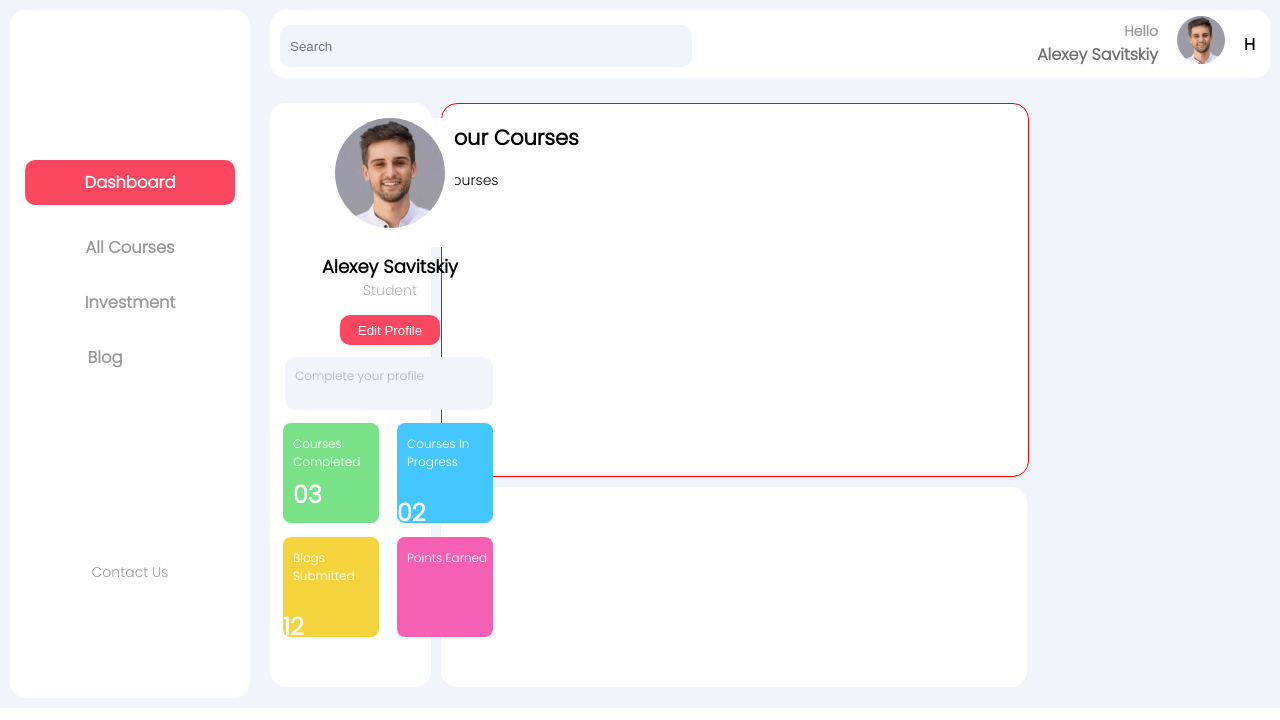
Repository: Anuruddha00/dashboard-design
Page: /
These files come from the project's save history. The page is drawn as it stood at one moment and after the next save; the edit follows.
The browser window is 1280 px wide. The pictures show the whole page.
The project was rebuilt for these pictures with package versions that can differ from the ones it lists, and the page was loaded fresh each time.

Above is the page before, as saved 2021-05-07 17:24:00.

After the next save:
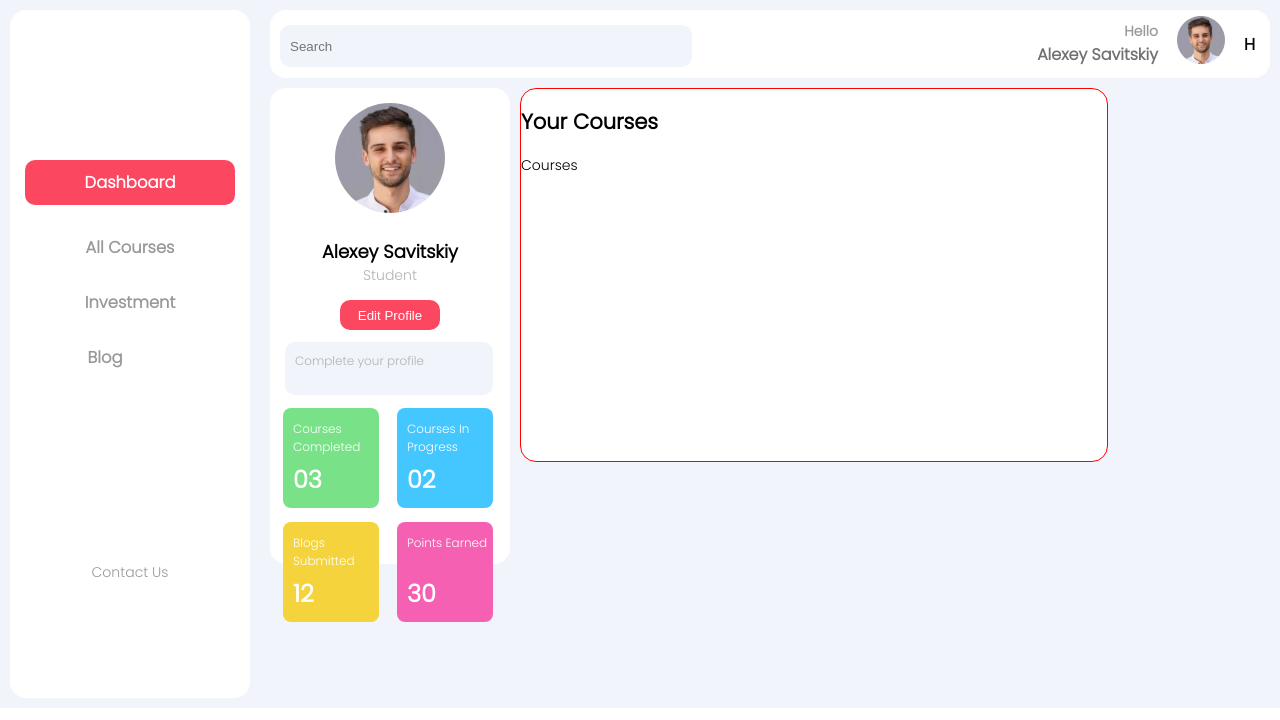
Saved 20 s later.
--- a/src/containers/Dashboard/Dashboard.scss
+++ b/src/containers/Dashboard/Dashboard.scss
@@ -134,9 +134,9 @@ body{
 
 
                         &About{
-                            height:555px;
+                            height:350px;
                             width: 240px;
-                            position: absolute;
+
 
                             &Profile{
                                 text-align: center;
@@ -212,6 +212,7 @@ body{
 
                                     h1{
                                         font-size: 24px;
+                                        position: absolute;
                                         left: 10px;
                                         top: 30px;
                                     }
@@ -222,9 +223,11 @@ body{
                                     border-radius: 8px;
                                     width: 96px;
                                     height: 100px;
-
-                                    h1{
-                                        font-size: 24px;
+                                    position: relative;
+
+                                    h1{
+                                        font-size: 24px;
+                                        position: absolute;
                                         left: 10px;
                                         top: 30px;
                                     }
@@ -234,7 +237,7 @@ body{
                                     border-radius: 8px;
                                     width: 96px;
                                     height: 100px;
-
+                                    position: relative;
 
                                     h1{
                                         font-size: 24px;
@@ -258,7 +261,7 @@ body{
                             height: 372px;
                             border-radius: 16px;
                             background: #ffffff;
-
+                            position: absolute;
                         }
 
                         .blog{
